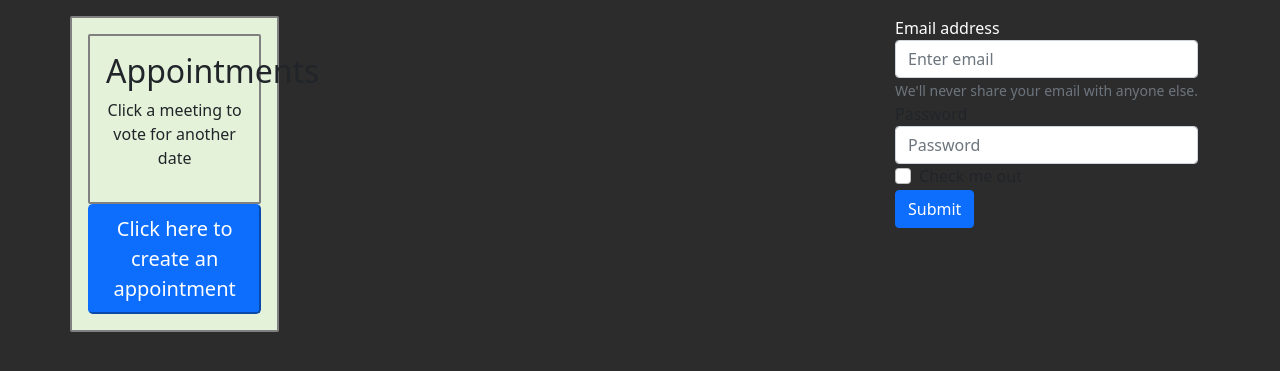
Repository: wlichon/Semesterprojekt
Page: index.html
These files come from the project's save history. The page is drawn as it stood at one moment and after the next save; the edit follows.
The browser window is 1280 px wide. The pictures show the whole page.
The page's requests for data from a server got no answer. Some web libraries are served in a nearby version.

Above is the page before, as saved 2022-04-22 20:38:04.

### index.html
<!DOCTYPE html>
<html lang="en">
<head>
    <link href="https://cdn.jsdelivr.net/npm/bootstrap@5.1.3/dist/css/bootstrap.min.css" rel="stylesheet" integrity="sha384-1BmE4kWBq78iYhFldvKuhfTAU6auU8tT94WrHftjDbrCEXSU1oBoqyl2QvZ6jIW3" crossorigin="anonymous">
    <link rel="stylesheet" href="https://cdn.jsdelivr.net/npm/bootstrap-icons@1.8.1/font/bootstrap-icons.css">
    <script
    src="https://code.jquery.com/jquery-3.6.0.min.js"
    integrity="sha256-/xUj+3OJU5yExlq6GSYGSHk7tPXikynS7ogEvDej/m4="
    crossorigin="anonymous"></script>
    <script src="https://cdnjs.cloudflare.com/ajax/libs/jqueryui/1.12.1/jquery-ui.min.js" integrity="sha512-uto9mlQzrs59VwILcLiRYeLKPPbS/bT71da/OEBYEwcdNUk8jYIy+D176RYoop1Da+f9mvkYrmj5MCLZWEtQuA==" crossorigin="anonymous" referrerpolicy="no-referrer"></script>
    <meta charset="UTF-8">
    <meta http-equiv="X-UA-Compatible" content="IE=edge">
    <meta name="viewport" content="width=device-width, initial-scale=1.0">
    <link rel="stylesheet" href="frontend/css/mystyle.css">
    <script src="frontend/script/script.js" defer></script>
    <title>Appointment Finder</title>
</head>
<body class="d-flex justify-content-center">
    <div class="container m-3 d-flex justify-content-center">
        <div class="events row flex-grow-1" id="events">
            <div class="col-md-3 d-flex justify-content-between" style="flex-direction: column">

                <div class="col">
                    <h2 class="align-self-center">Appointments</h2>
                    <p class="">Click a meeting to vote for another date</p>
                </div>
                <button class = "btn-primary btn-lg" id = "createappointment"> Click here to create an appointment</button>


                </div>
             </div>

            <div class="appointments row flex-grow-1" id="appointments">
                <div class="col-md d-flex justify-content-between" style="flex-direction: column">
                    <div class="row h-80">
                        <div class="col">
                           <h2 class="align-self-center">Options</h2>
                        </div>
                    </div>
                    <div class="row inputs h-20 align-self-bottom">
                        <div class="col-md">
                            <i class="bi bi-person-circle m-1"></i><input type="text" placeholder="Name">
                        </div>
                    </div>

                </div>




                <!--
                    <div id = "appointment"
                <div class="col-md">
                    <div class="row h-80">
                        <div class="col wrapper">
                            <h4>Dez</h4>
                            <h3>23</h3>
                            <p>Mi</p>
                            <p>11:40</p>
                            <p>13:00</p>
                        </div>
                    </div>
                    <div class="row inputs h-20">
                        <div class="col-md"><input class="form-check-input" type="checkbox" value=""></div>
                    </div>


                </div>
                <div class="btn btn-primary col-auto p-1" id="lslide">
                    <i class="bi bi-chevron-left"></i>
                </div>

                <div class="row mt-5 comment">
                    <div class="input-group input-group-lg">
                        <span class="input-group-text" id="inputGroup-sizing-lg">Comment</span>
                        <input type="text" class="form-control" aria-label="Sizing example input" aria-describedby="inputGroup-sizing-lg">
                        <button class="btn btn-outline-secondary bg-primary text-white" type="button" id="submit">Submit</button>
                    </div>
                </div>
            -->
        </div>
        <form id = "createappointmentform">
            <div class="form-group">
              <label for="exampleInputEmail1" class ="text-white">Email address</label>
              <input type="email" class="form-control" id="exampleInputEmail1" aria-describedby="emailHelp" placeholder="Enter email">
              <small id="emailHelp" class="form-text">We'll never share your email with anyone else.</small>
            </div>
            <div class="form-group">
              <label for="exampleInputPassword1">Password</label>
              <input type="password" class="form-control" id="exampleInputPassword1" placeholder="Password">
            </div>
            <div class="form-check">
              <input type="checkbox" class="form-check-input" id="exampleCheck1">
              <label class="form-check-label" for="exampleCheck1">Check me out</label>
            </div>
            <button type="submit" class="btn btn-primary">Submit</button>
          </form>

            </div>


    <script src="https://cdn.jsdelivr.net/npm/bootstrap@5.1.3/dist/js/bootstrap.bundle.min.js" integrity="sha384-ka7Sk0Gln4gmtz2MlQnikT1wXgYsOg+OMhuP+IlRH9sENBO0LRn5q+8nbTov4+1p" crossorigin="anonymous"></script>
</body>
</html>

### frontend/css/mystyle.css
[class*="col"]{
    text-align:center;
    border: 2px solid grey;
    padding: 1rem;
    border-radius: 2px;
    background-color:rgb(228, 242, 217);
}

.bi-person-circle{
    font-size: 1.5rem;
}

.inputs > div{
    background-color: rgb(89, 209, 61);
}

body{
    background-color:rgb(45, 44, 44);
}

.wrapper{
    border-radius: 5px;
    border: none;
    background-color: lightcyan;
}

.container{
    border-radius: 5px;
}

#lslide{
    background-color:blue;
    border-radius:10px;
}

.event{
    cursor: pointer;
}

.event:hover{
    background-color:blue;
}

.noevent:hover{
    pointer-events: none;
}

### frontend/script/script.js
"use strict";
var months = ["Jan", "Feb", "Mar", "Apr", "May", "Jun", "Jul", "Aug", "Sep", "Oct", "Nov", "Dec"];
var days = ["Mon", "Tue", "Wed", "Thu", "Fri", "Sat", "Sun"];
var slidebutton = "<div class='btn btn-primary col-auto p-1' id='lslide'><i class='bi bi-chevron-left'></i></div>";
var commentbar = "<div class='row mt-5 comment'><div class='input-group input-group-lg'><span class='input-group-text' id='inputGroup-sizing-lg'>Comment</span><input type='text' class='form-control' aria-label='Sizing example input' aria-describedby='inputGroup-sizing-lg'><button class='btn btn-outline-secondary bg-primary text-white' type='button' id='submit'>Submit</button></div></div>";
$(function () {
    $("#appointments").hide();
    $("#events").hide();
    $.ajax({
        type: "GET",
        url: "backend/serviceHandler.php",
        cache: false,
        data: { function: "loadAppointments" },
        dataType: "json",
        success: function (response) {
            // bei sucess liefert loadAppointments ein Array mit den ganzen Appointments in dem Format:
            //  Appointment("25-06-2027", "Meeting4", "22-05-2025 19:30:00", "18:00", "18:30", [2, 3]) also:
            // Appointment("Tag-Monat-Jahr", "MeetingNummer", "ExpirationDate", "UhrzeitBeginn", "Uhrzeitende", "OptionsID");
            // Appointment ($date,$title,$votingExpirationDate,$begin,$end,$optionIDs)3222
            console.log("success");
            $.each(response, function (i, val) {
                var counter = 1;
                var date = new Date(val["date"]["date"]);
                var month = months[date.getMonth()];
                var day = days[date.getDay()];
                var dayOfMonth = date.getDate();
                var year = date.getFullYear();
                var expiration = val["votingExpirationDate"]["date"].substr(0, 19);
                var begin = val["begin"]["date"].substr(11).substr(0, 8);
                var end = val["end"]["date"].substr(11).substr(0, 8);
                var id = val["optionIDs"];
                $("#events").append("<div class='col-md-2 event' id =" + counter + " + data=" + id + ">" +
                    "<div class='col wrapper'>" +
                    "<h2>" + val["title"] + "</h2>" +
                    "<h4>" + month + "</h4>" +
                    "<h3>" + dayOfMonth + "</h3>" +
                    "<p>" + day + "</p>" +
                    "<p>Begins: " + begin + "</p>" +
                    "<p>Ends: " + end + "</p>" +
                    "<h6><p>Voting ends:</p>" +
                    "<p>" + expiration + "</p></h6>" +
                    "</div> </div>");
                var isexpired = new Date(expiration);
                var today = new Date();
                if (isexpired <= today) {
                    $("#" + counter).append("<h5 class = 'mt-3' > abgelaufen! </h5>");
                    $("#" + counter).attr("class", "col-md-2 noevent");
                }
                counter++;
            });
        },
        complete: function () {
            $(".event").on('click', function (e) {
                var self = e.currentTarget; // Element was das Klick getriggert hat
                $("#events").hide("slide", { direction: "left" }, 1000, function () {
                    console.log(self);
                    var optionIDs_string = self.getAttribute("data");
                    var optionIDs = Array.from(optionIDs_string.split(","));
                    console.log(optionIDs);
                    $.ajax({
                        type: "GET",
                        url: "backend/serviceHandler.php",
                        cache: false,
                        data: { function: "loadOptions", param: optionIDs },
                        dataType: "json",
                        success: function (response) {
                            console.log("success");
                            console.log(response);
                            $.each(response, function (i, val) {
                                var date = new Date(val["date"]["date"]);
                                console.log("loop");
                                var month = months[date.getMonth()];
                                var day = days[date.getDay()];
                                var dayOfMonth = date.getDate();
                                var year = date.getFullYear();
                                var begin = val["begin"]["date"].substr(11).substr(0, 8);
                                var end = val["end"]["date"].substr(11).substr(0, 8);
                                $("#appointments").append("<div class='col-md'>" +
                                    "<div class='col-md event'>" +
                                    "<div class='col wrapper'>" +
                                    "<h4>" + month + "</h4>" +
                                    "<h3>" + dayOfMonth + "</h3>" +
                                    "<p>" + day + "</p>" +
                                    "<p>Begins: " + begin + "</p>" +
                                    "<p>Ends: " + end + "</p>" +
                                    "</div></div>" +
                                    "<div class='row inputs h-20'>" +
                                    "<div class='col-md'><input class='form-check-input' type='checkbox' value=''></div></div></div>");
                            });
                            $("#appointments").append(slidebutton + commentbar);
                            $("#lslide").on('click', slidebar);
                        },
                        error: function (response) {
                            console.log("failure");
                        }
                    }),
                        setTimeout(function () { return $("#appointments").show("slide", 1000); }, 100);
                });
            });
            $("#events").show("slide", 1000);
        },
        error: function (e) {
            console.log("failure");
        }
    });
    console.log("hi");
    $("#submit").on('click', function () {
        console.log($("#test").prop("checked"));
    });
});
var optionNameInput = '<div class="col-md d-flex justify-content-between" style="flex-direction: column">' +
    '<div class="row h-80">' +
    '<div class="col">' +
    '<h2 class="align-self-center">Options</h2>' +
    '</div>' +
    '</div>' +
    '<div class="row inputs h-20 align-self-bottom">' +
    '<div class="col-md">' +
    '<i class="bi bi-person-circle m-1"></i><input type="text" placeholder="Name">' +
    '</div>' +
    '</div>' +
    '</div>';
function slidebar() {
    $("#appointments").hide("slide", { direction: "left" }, 1000, function () {
        $("#appointments").empty().append(optionNameInput);
        $("#events").show("slide", 1000);
    });
}

After the next save:
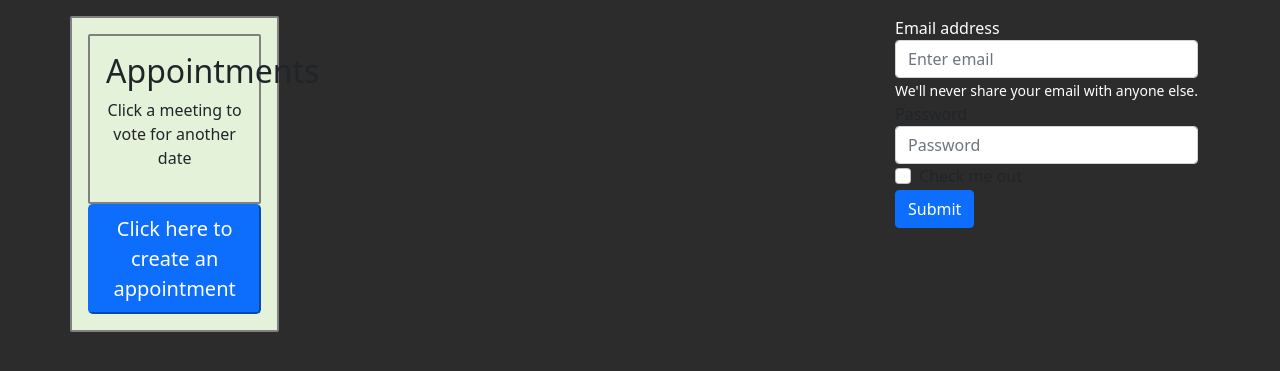
Saved 20 s later.
--- a/index.html
+++ b/index.html
@@ -83,7 +83,7 @@
             <div class="form-group">
               <label for="exampleInputEmail1" class ="text-white">Email address</label>
               <input type="email" class="form-control" id="exampleInputEmail1" aria-describedby="emailHelp" placeholder="Enter email">
-              <small id="emailHelp" class="form-text">We'll never share your email with anyone else.</small>
+              <small id="emailHelp" class="form-text text-white">We'll never share your email with anyone else.</small>
             </div>
             <div class="form-group">
               <label for="exampleInputPassword1">Password</label>
